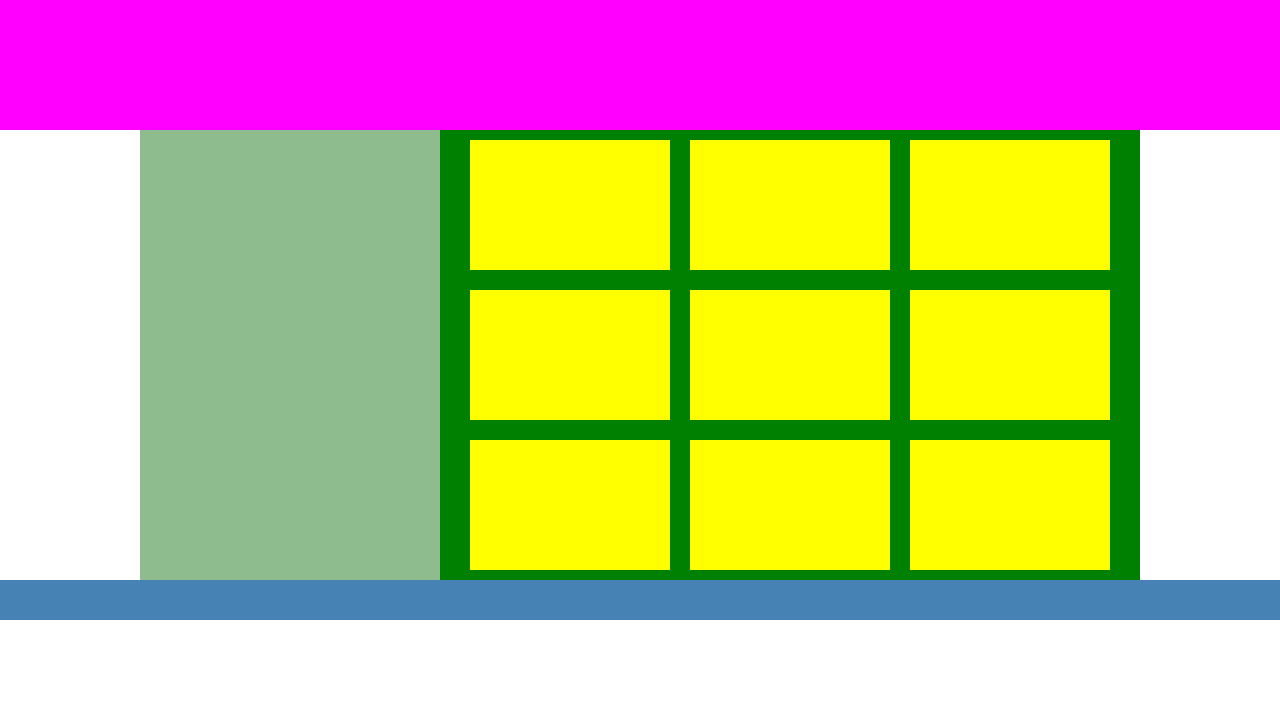
Repository: cyaomasa/java-
Page: flex/flex.html
The author's editor kept a record of every edit. The page is drawn from the files as they stood at one moment, then again after the next edit.
The browser window is 1280 px wide. The pictures show the whole page.

Above is the page before.

After the next edit:
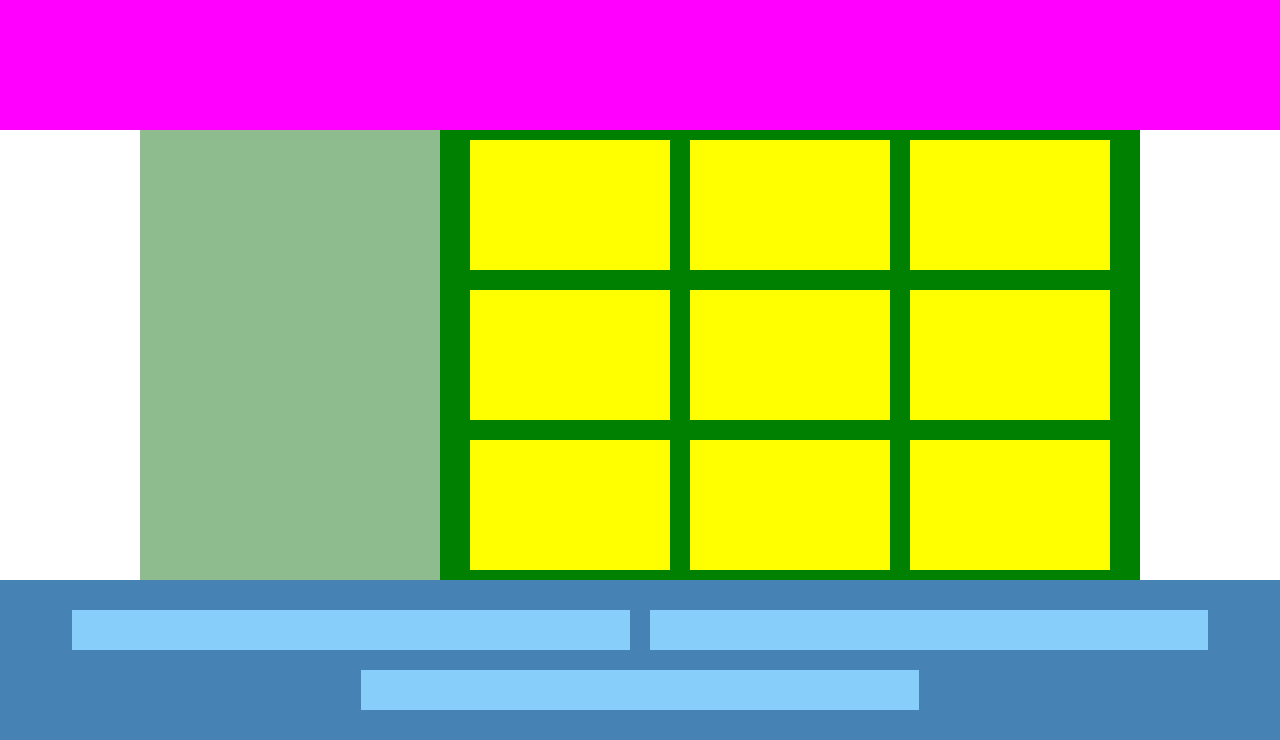
The edit:
--- a/flex/style.css
+++ b/flex/style.css
@@ -5,8 +5,8 @@
 }
 
 .header {
+  background-color: #ff00ff;
   padding: 30px 20px;
-  background-color: #ff00ff;
   display: flex;
   justify-content: flex-end;
 }
@@ -51,5 +51,9 @@
   justify-content: center;
 }
 .footer > div {
-  flec
+  background-color: #87CEFA;
+  max-width: 600px;
+  height: 40px;
+  margin: 10px;
+  flex-basis: 45%;
 }
